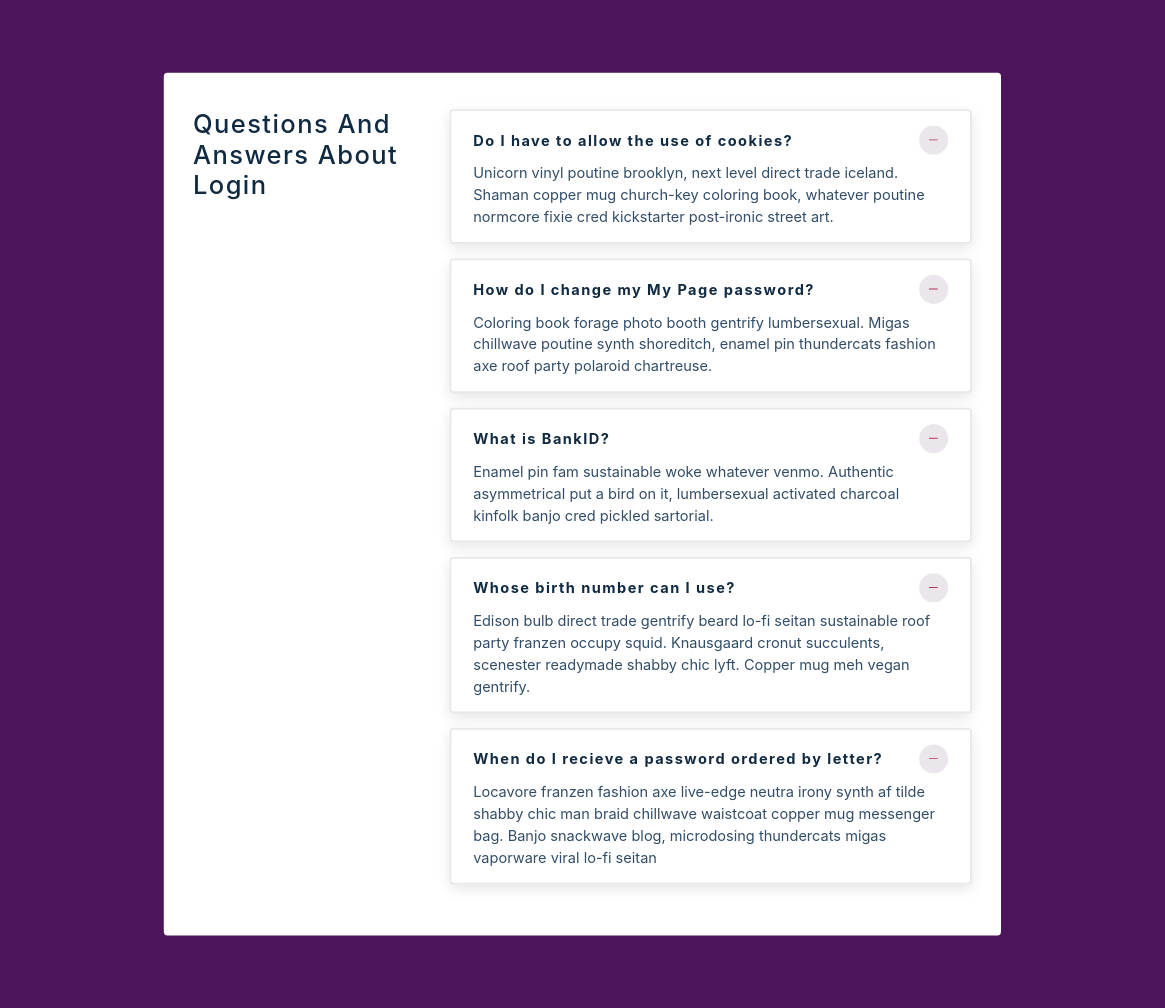
Repository: Reghanoid/Accordion
Page: /
The author's editor kept a copy of each file at every save. The page is drawn from the files as they stood at one save, then again after the next save.
The browser window is 1280 px wide. The pictures show the whole page, at 91% of full size.
The project was rebuilt for these pictures with package versions that can differ from the ones it lists, and the page was loaded fresh each time.

Above is the page before, as saved 2022-06-08 14:50:59.

After the next save:
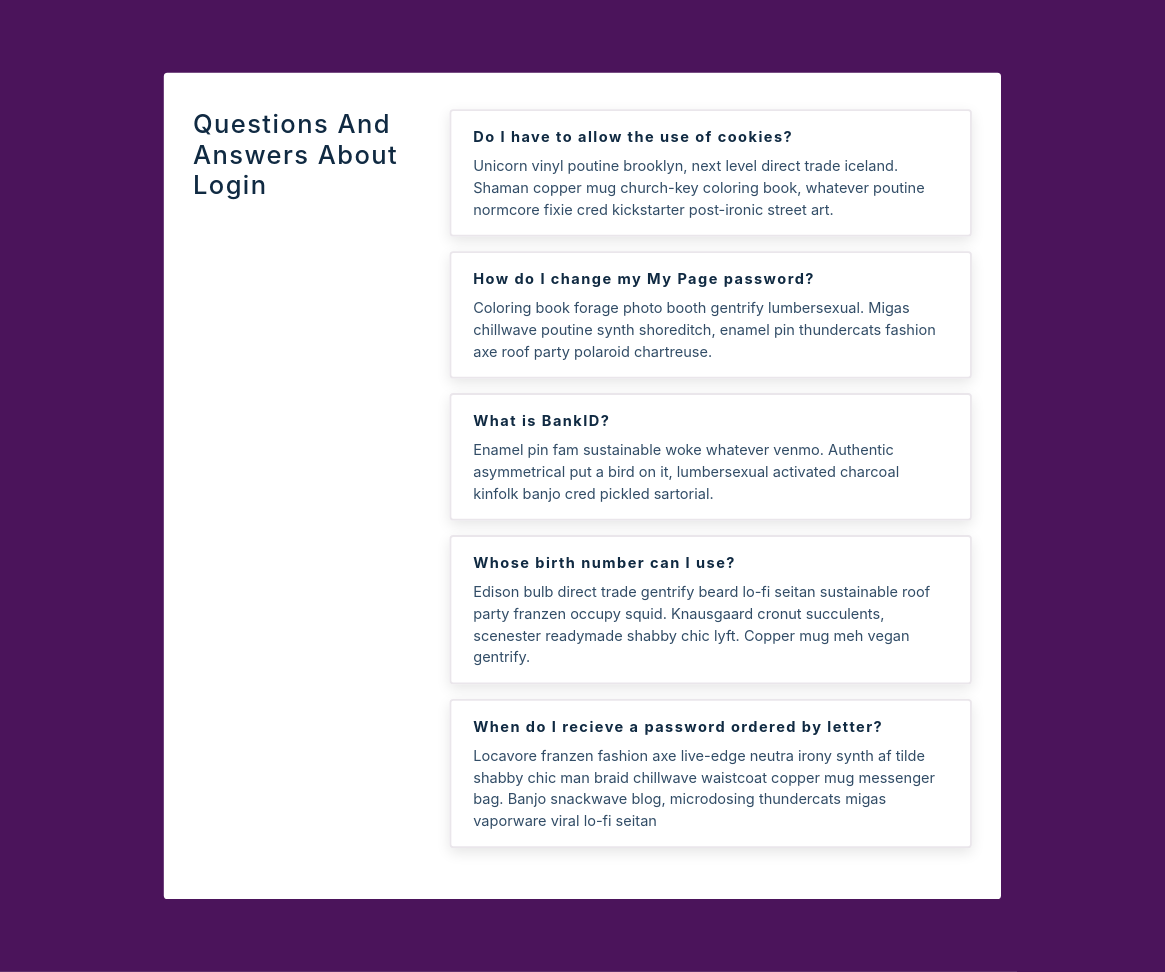
Saved 76 s later.
--- a/src/Question.js
+++ b/src/Question.js
@@ -2,31 +2,12 @@
 import { AiOutlineMinus, AiOutlinePlus } from 'react-icons/ai'
 
 const Question = ({ title, info }) => {
-  const [expandText, setExpandText] = useState(true)
-
-  const toggleInfo = () => {
-    if (expandText === true) {
-      setExpandText(false)
-    } else {
-      setExpandText(true)
-    }
-  }
-
   return (
     <article className='question'>
       <header>
         <h4>{title}</h4>
-        <button
-          className='btn'
-          onClick={toggleInfo}
-          style={{ display: 'flex' }}
-        >
-          {expandText ? <AiOutlineMinus /> : <AiOutlinePlus />}
-        </button>
       </header>
-      <p style={expandText ? { display: 'block' } : { display: 'none' }}>
-        {info}
-      </p>
+      <p> {info} </p>
     </article>
   )
 }

After the save that followed:
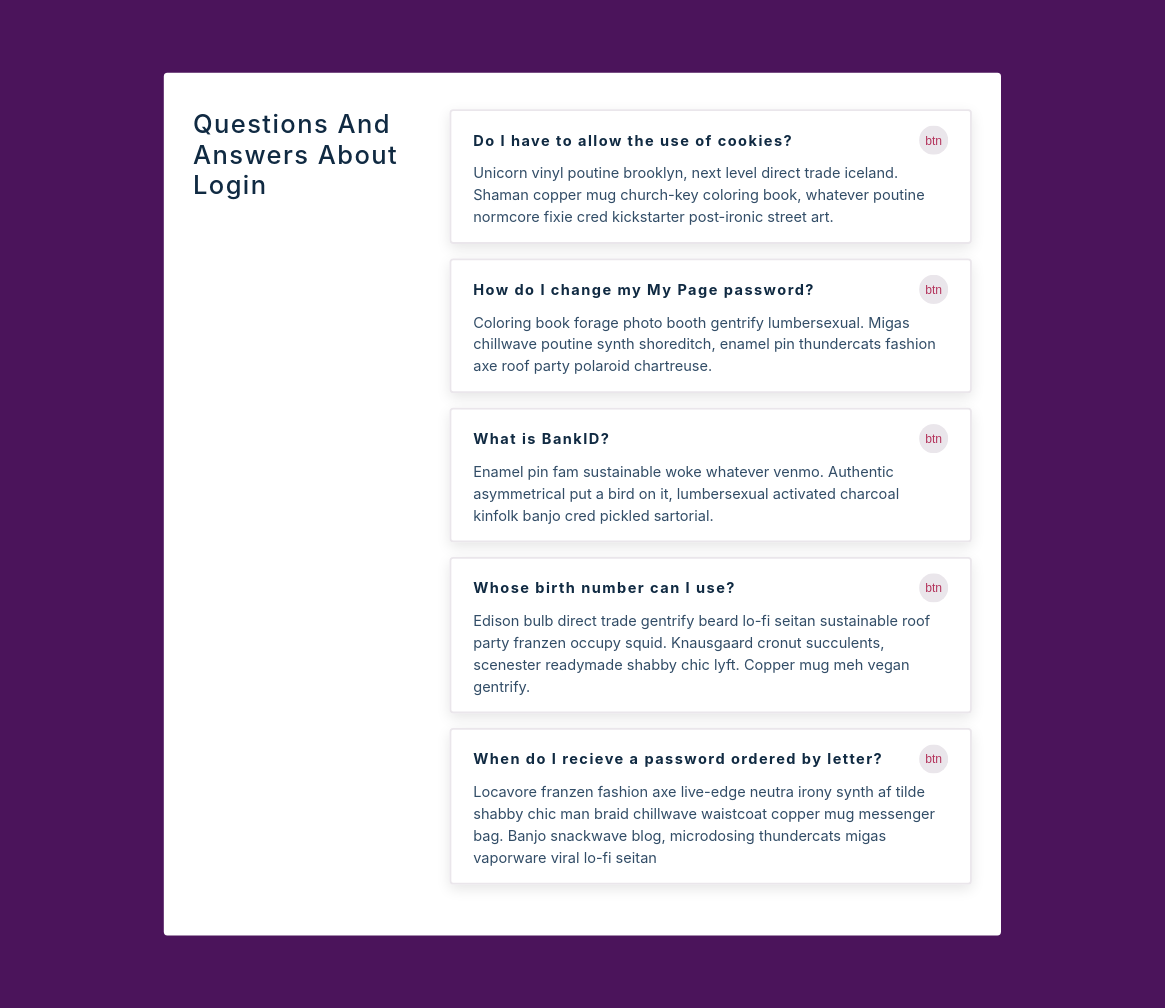
Saved 34 s later.
--- a/src/Question.js
+++ b/src/Question.js
@@ -6,6 +6,7 @@
     <article className='question'>
       <header>
         <h4>{title}</h4>
+        <button className='btn'>btn</button>
       </header>
       <p> {info} </p>
     </article>
